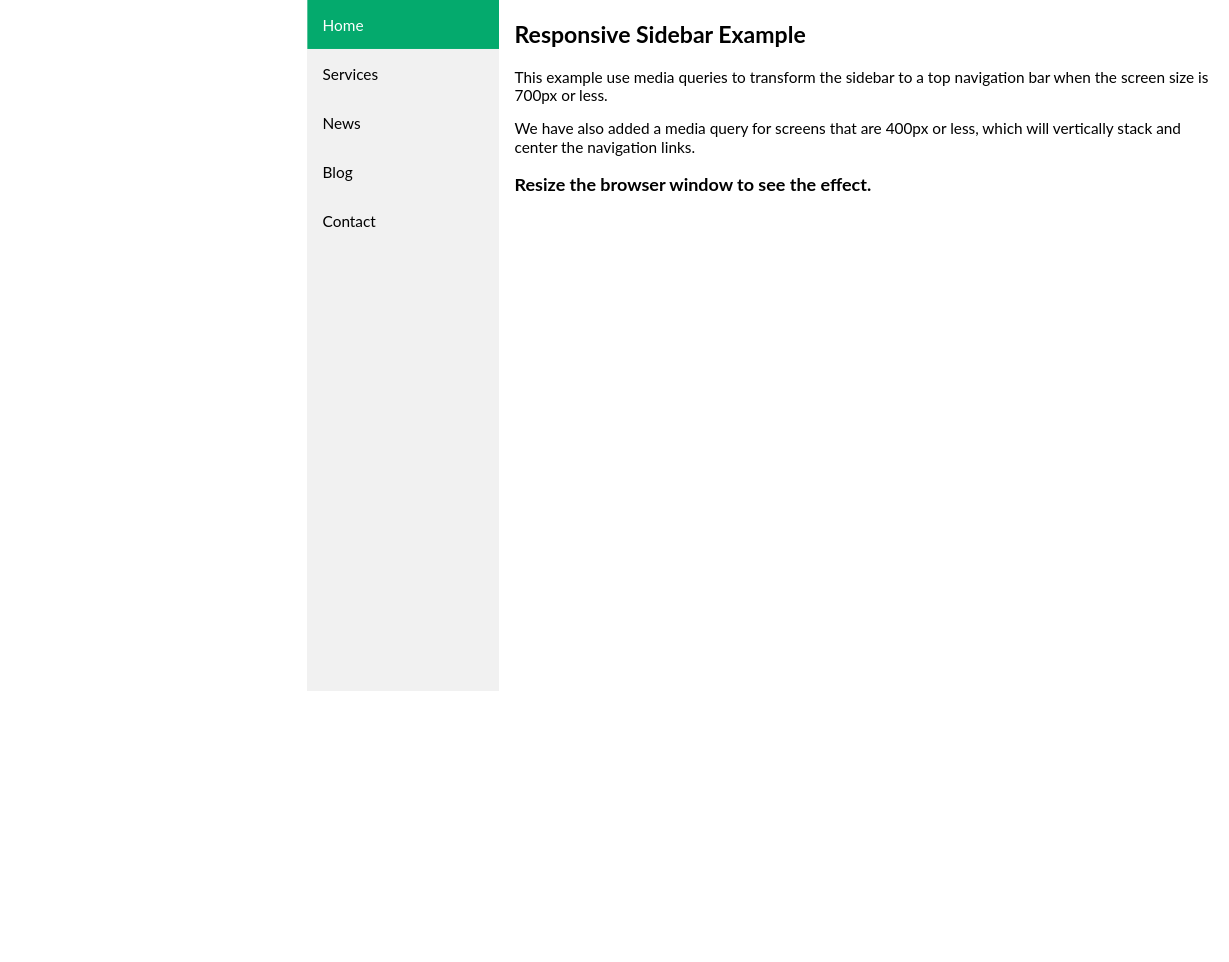
Repository: Chicken2k/testpv
Page: testpv.html
An editor plug-in stored every save of this project. The page is shown before and after a run of saves, followed by the edit.
The browser window is 1280 px wide. The pictures show the whole page, at 96% of full size.

Above is the page before, as saved 2022-05-09 17:21:53.

After the next 2 saves:
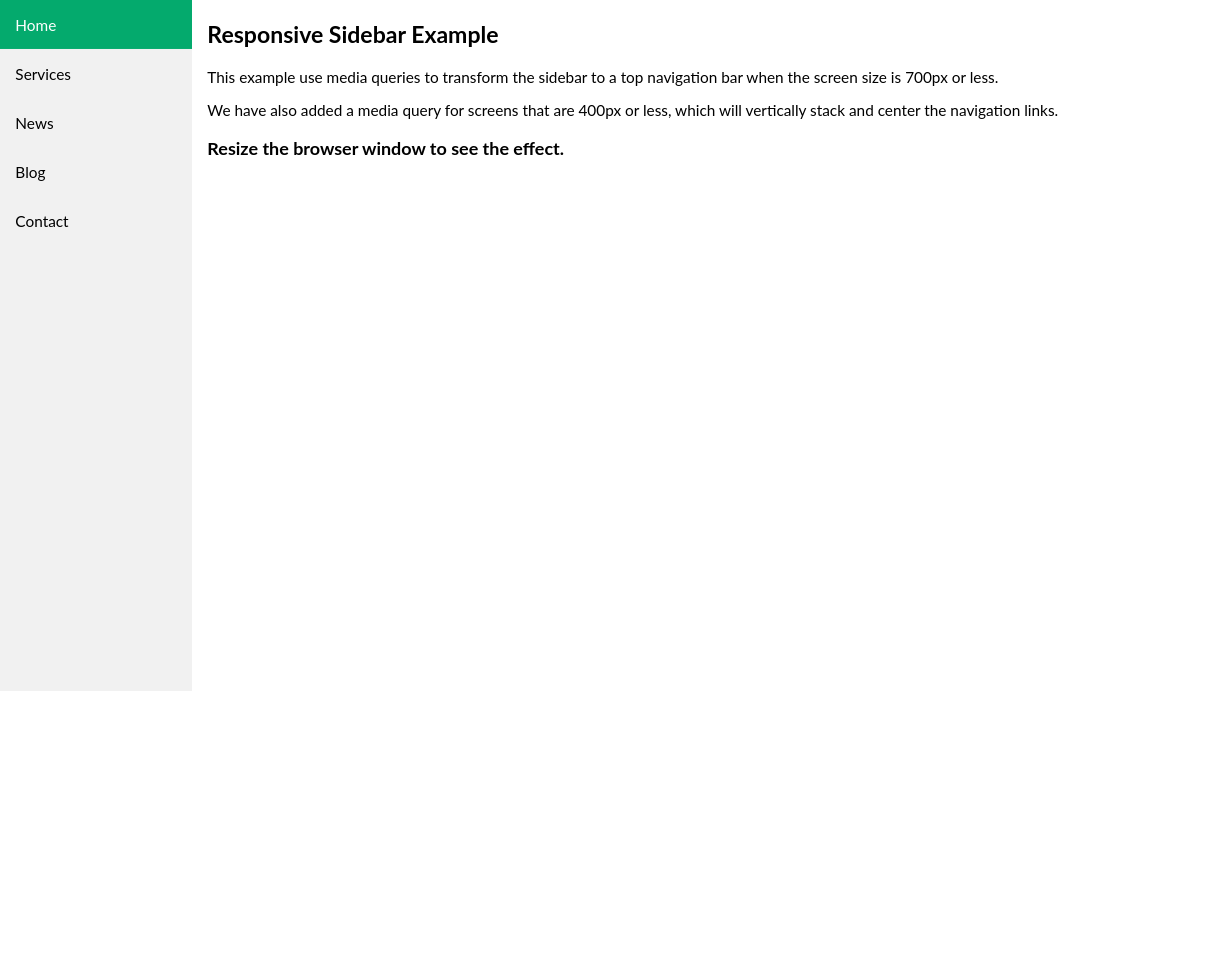
The 2 saves are shown as one change because they came seconds apart.
The last was saved 15 s later.
--- a/testpv.html
+++ b/testpv.html
@@ -11,8 +11,6 @@
 
 <body>
   <!-- Page Content -->
-  <div style="margin-left:25%">
-
     <div class="sidebar">
       <a class="active" href="#home">Home</a>
       <a href="#news">Services</a>
